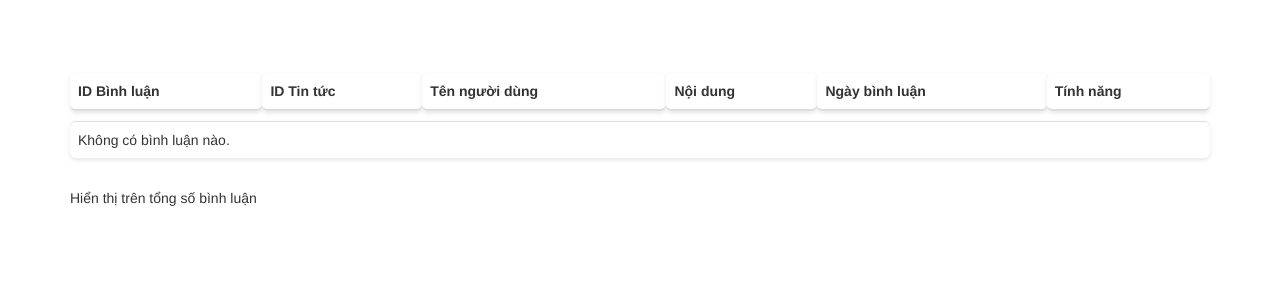
Repository: Bui-Minh-Hieu/javaaaaa
Page: http://localhost/Admin_SICT_Web/ManageComments.jsp
An editor plug-in stored every save of this project. The page is shown before and after the next save, followed by the edit.
The browser window is 1280 px wide. The pictures show the whole page.
Some web fonts or font styles are not loaded; a fallback is used. The page is served by Tomcat 9. The template is opened directly, without the code that normally fills it, so the values that code supplies are empty.

Above is the page before, as saved 2025-05-19 09:14:58.

After the next save:
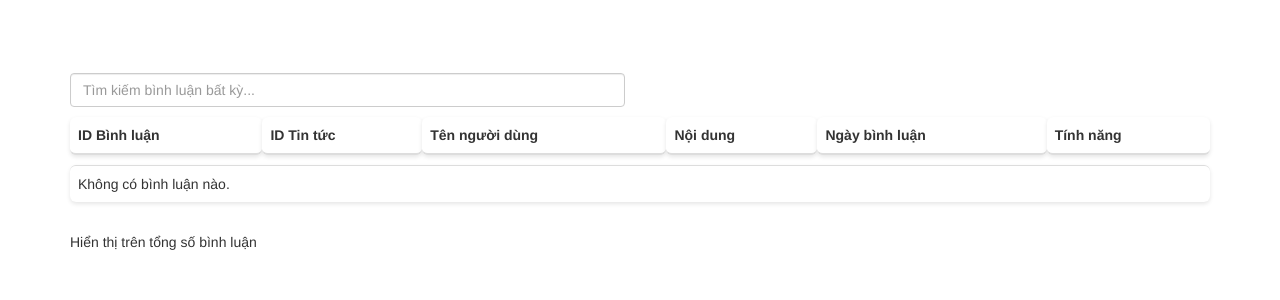
Saved 6 min 49 s later.
--- a/SICT_Web/Admin_SICT_Web/src/main/webapp/ManageComments.jsp
+++ b/SICT_Web/Admin_SICT_Web/src/main/webapp/ManageComments.jsp
@@ -41,6 +41,12 @@
             background: #fefefe;
             box-shadow: 0 4px 10px rgba(0, 0, 0, 0.2);
         }
+        .modal-header h4 {
+            font-size: 1.5rem;
+        }
+        .modal-footer .btn {
+            padding: 8px 16px;
+        }
         .pagination .page-link {
             color: #007bff;
             border-radius: 50%;
@@ -49,6 +55,13 @@
         .pagination .page-link:hover {
             background: #007bff;
             color: #fff;
+        }
+        .table-title .btn {
+            transition: background-color 0.3s, color 0.3s;
+        }
+        .table-title .btn:hover {
+            color: #fff;
+            background: #0056b3;
         }
         .table-striped.table-hover tbody tr:hover {
             background: rgba(0, 123, 255, 0.1);
@@ -60,8 +73,13 @@
         <div class="table-wrapper">
             <div class="table-title">
                 <div class="row">
-                    <div class="col-sm-12">
+                    <div class="col-sm-6">
                         <h2>Quản lý <b>Bình luận</b></h2>
+                    </div>
+                </div>
+                <div class="row">
+                    <div class="col-sm-6" style="margin-top: 10px">
+                        <input type="text" id="searchBar" class="form-control" placeholder="Tìm kiếm bình luận bất kỳ...">
                     </div>
                 </div>
             </div>
@@ -79,7 +97,7 @@
                         <th>Tính năng</th>
                     </tr>
                 </thead>
-                <tbody>
+                <tbody id="commentTableBody">
                     <c:if test="${empty comments}">
                         <tr>
                             <td colspan="6">Không có bình luận nào.</td>
@@ -149,6 +167,13 @@
                 var commentId = $(this).data('id');
                 $('#deleteCommentId').val(commentId);
             });
+
+            $('#searchBar').on('keyup', function () {
+                const value = $(this).val().toLowerCase();
+                $('#commentTableBody tr').filter(function () {
+                    $(this).toggle($(this).text().toLowerCase().indexOf(value) > -1);
+                });
+            });
         });
     </script>
 </body>
